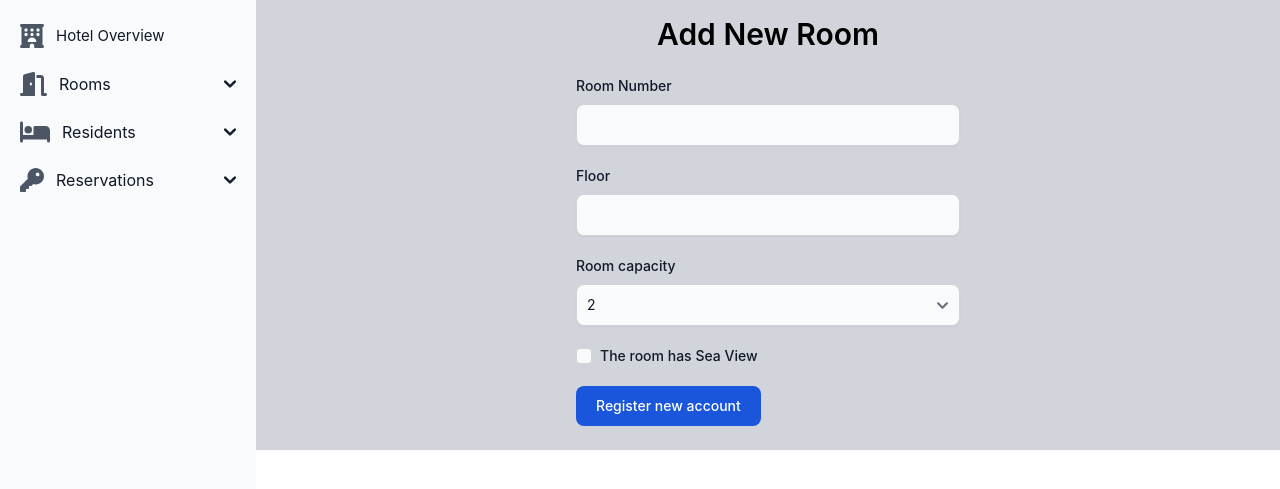
Repository: aggepap/hotelReservationsProj
Page: /rooms/add (app in admin-panel/)
These files come from the project's save history. The page is drawn as it stood at one moment and after the next save; the edit follows.
The browser window is 1280 px wide. The pictures show the whole page.
The project was rebuilt for these pictures with package versions that can differ from the ones it lists, and the page was loaded fresh each time. Also part of the build but not shown: admin-panel/vite.config.ts, admin-panel/src/views/HomeView.vue.

Above is the page before, as saved 2025-01-19 15:58:29.

After the next save:
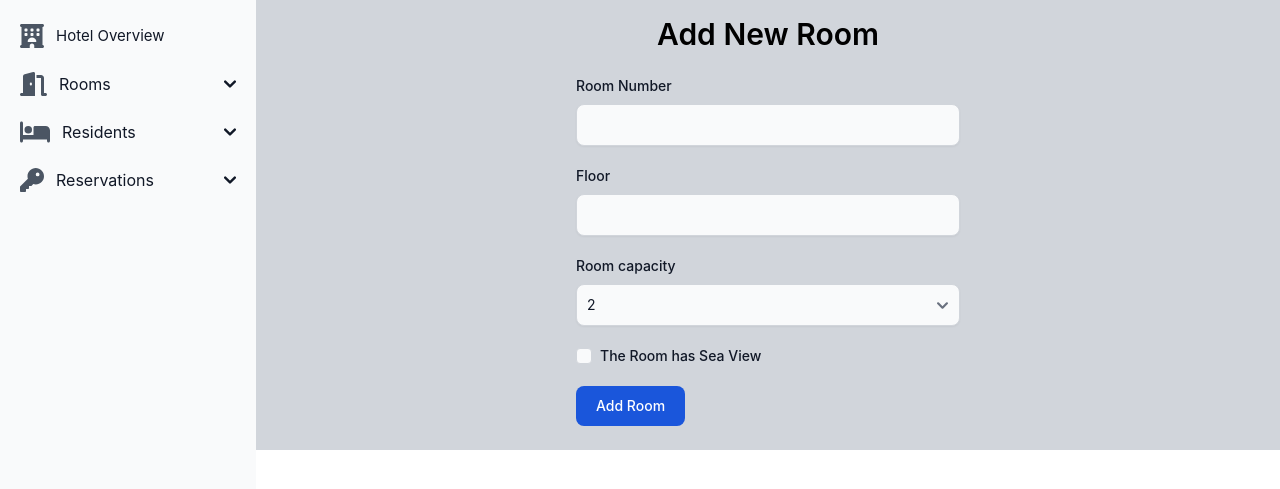
Saved 13 s later.
--- a/admin-panel/src/views/roomviews/AddRoomView.vue
+++ b/admin-panel/src/views/roomviews/AddRoomView.vue
@@ -61,14 +61,14 @@
       <label
         for="terms"
         class="ms-2 text-sm font-medium text-gray-900 dark:text-gray-300"
-        >The room has Sea View</label
+        >The Room has Sea View</label
       >
     </div>
     <button
       type="submit"
       class="text-white bg-blue-700 hover:bg-blue-800 focus:ring-4 focus:outline-none focus:ring-blue-300 font-medium rounded-lg text-sm px-5 py-2.5 text-center dark:bg-blue-600 dark:hover:bg-blue-700 dark:focus:ring-blue-800"
     >
-      Register new account
+      Add Room
     </button>
   </form>
 </template>
